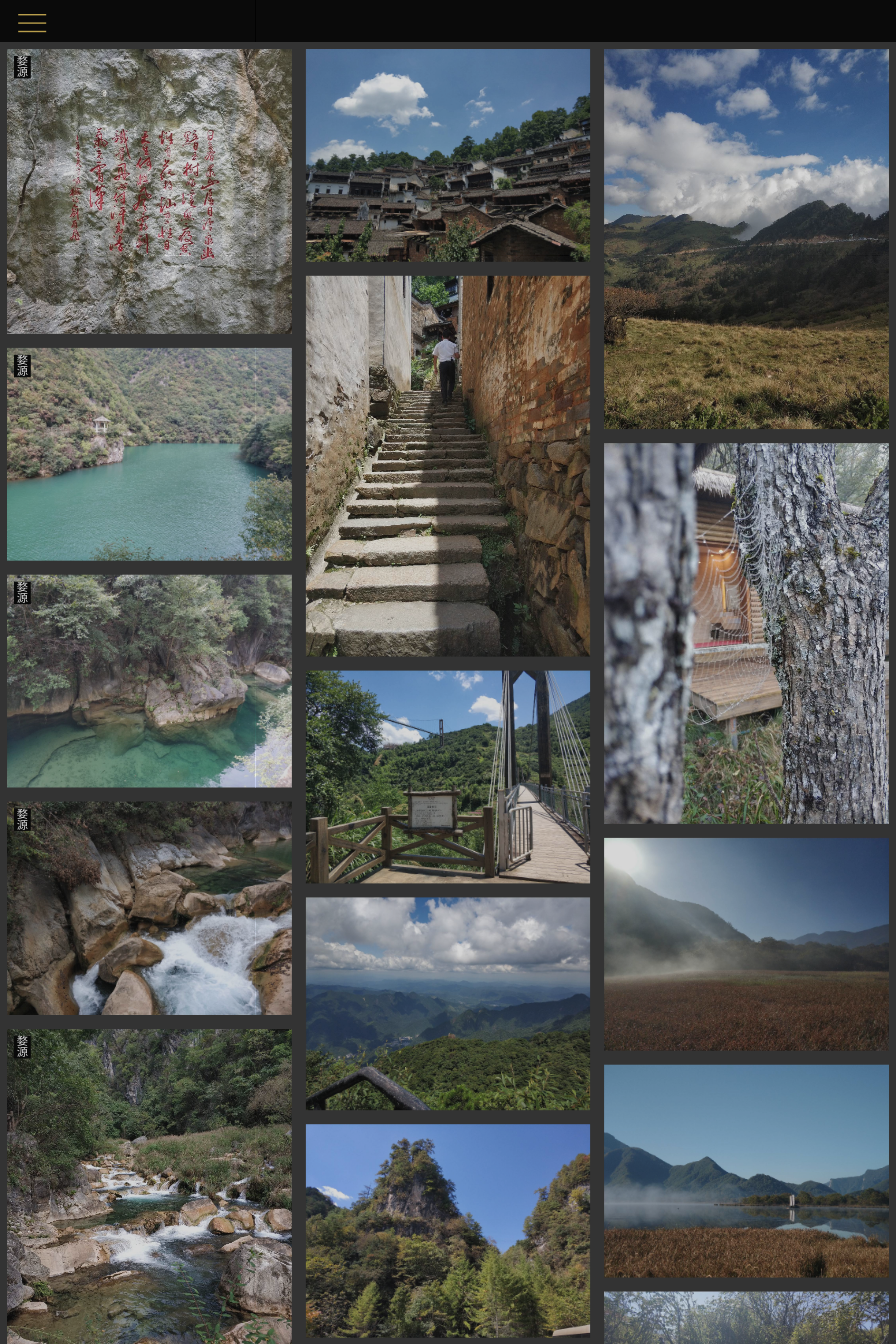
Repository: ustc-hzy/ziYang
Page: album.html
The author's editor kept a copy of each file at every save. The page is drawn from the files as they stood at one save, then again after a run of saves.
The browser window is 1280 px wide. The pictures show the part of the page from y = 0 to 1920 px (the page is 2723 px tall), at 70% of full size.

Above is the page before, as saved 2020-06-18 22:30:51.

After the next 2 saves:
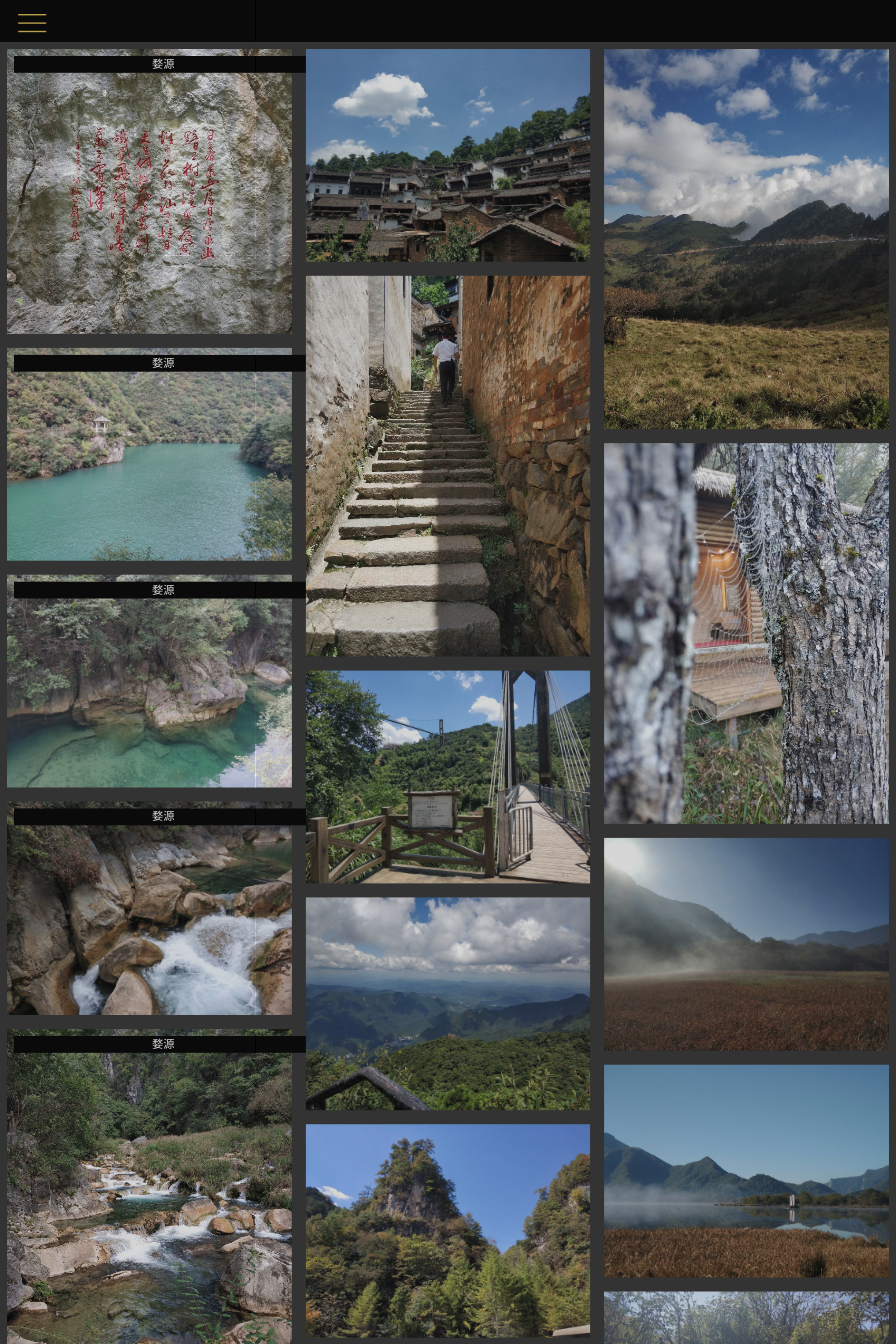
The 2 saves are shown as one change because they came seconds apart.
The last was saved 8 s later.
--- a/css/album.css
+++ b/css/album.css
@@ -37,10 +37,10 @@ body {
     display: block;
     top: 20px;
     left: 20px;
-    width: 24px;
+    width: 100%;
     height: auto;
     text-align: center;
-    line-height: 100%;
+    line-height: 24px;
     background-color: #000000;
     color: #ffffff;
     content: "婺源";
